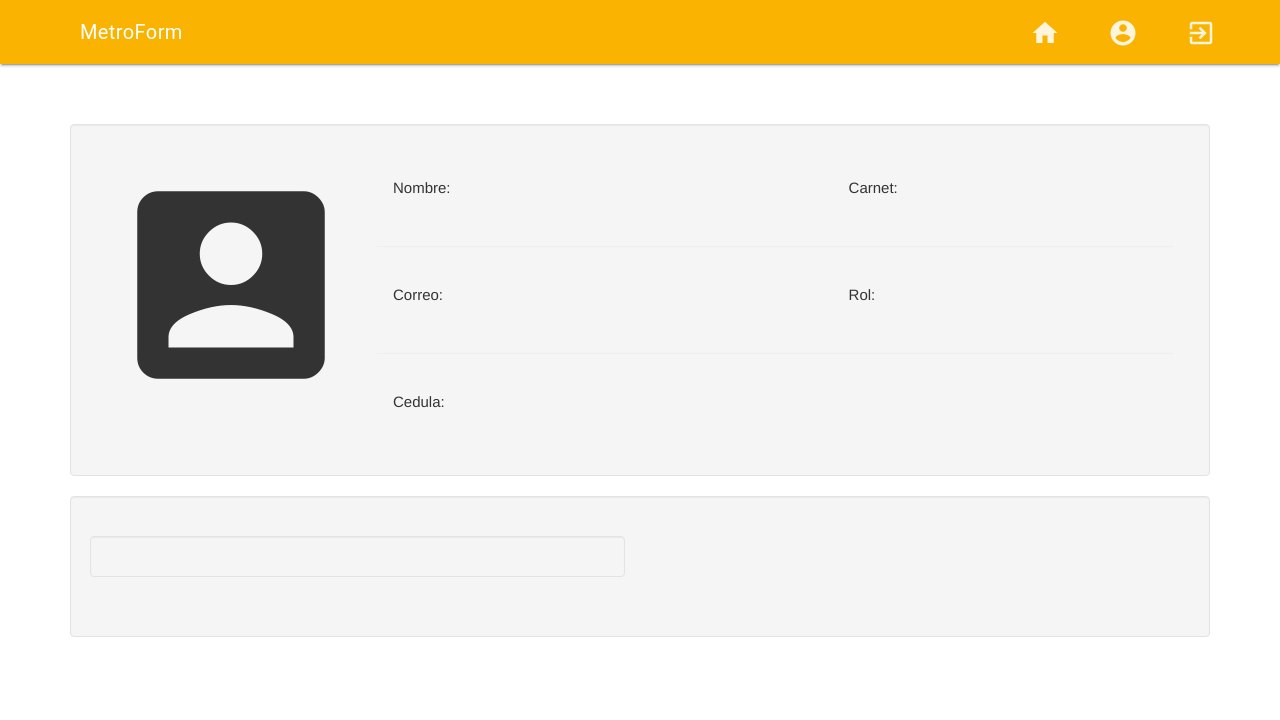
Repository: rodolfofranco/Metroform
Page: Vistas/Usuario.html
The author's editor kept a record of every edit. The page is drawn from the files as they stood at one moment, then again after the next edit.
The browser window is 1280 px wide. The pictures show the whole page.
The page's requests for data from a server got no answer. Some web libraries are served in a nearby version.

Above is the page before.

### Vistas/Usuario.html
<!doctype html>
<html lang="en">
<head>
    <meta charset="UTF-8">
    <title>Usuario</title>
    <link rel="icon" href="https://docs.google.com/drawings/d/1ylcSicomADdqRAxfwIYxs4rZHaAItDxtS83HyI_O_Zs/pub?w=113&h=50">
    <link rel="stylesheet" href="https://fonts.googleapis.com/icon?family=Material+Icons">
    <link rel="stylesheet" href="https://code.getmdl.io/1.3.0/material.indigo-pink.min.css">
        <!-- Latest compiled and minified CSS -->
    <link rel="stylesheet" href="https://maxcdn.bootstrapcdn.com/bootstrap/3.3.7/css/bootstrap.min.css" integrity="sha384-BVYiiSIFeK1dGmJRAkycuHAHRg32OmUcww7on3RYdg4Va+PmSTsz/K68vbdEjh4u" crossorigin="anonymous">

    <!-- Latest compiled and minified JavaScript -->
    <script type = "text/javascript" src = "https://code.jquery.com/jquery-3.1.1.min.js"></script>
    <script src="https://maxcdn.bootstrapcdn.com/bootstrap/3.3.7/js/bootstrap.min.js" integrity="sha384-Tc5IQib027qvyjSMfHjOMaLkfuWVxZxUPnCJA7l2mCWNIpG9mGCD8wGNIcPD7Txa" crossorigin="anonymous"></script>
    <script defer src="https://code.getmdl.io/1.3.0/material.min.js"></script>
    <link rel="stylesheet" href="css/Usuario.css">
</head>
<body>
<!-- Always shows a header, even in smaller screens. -->
<div class="mdl-layout mdl-js-layout mdl-layout--fixed-header">
  <header class="mdl-layout__header" style="background-color: #f9b300">
    <div class="mdl-layout__header-row">
      <!-- Title -->
      <span class="mdl-layout-title">MetroForm</span>
      <!-- Add spacer, to align navigation to the right -->
      <div class="mdl-layout-spacer"></div>
      <!-- Navigation. We hide it in small screens. -->
      <nav class="mdl-navigation mdl-layout--large-screen-only">
      <a class="mdl-navigation__link links" href="/Home">
        <div class=""></div>
        <i class="icon material-icons" id="iconHome" style="text-allign:right ; font-size: 30px">home</i>
        <div class="mdl-tooltip mdl-tooltip--large" for="iconHome">
          Inicio
        </div>
      </a>
      <a class="mdl-navigation__link links" href="/Usuario">
        <i class="icon material-icons" id="iconAccount" style="text-allign:right ; font-size: 30px">account_circle</i>
        <div class="mdl-tooltip mdl-tooltip--large" id="perfil" for="iconAccount">

        </div>
      </a>
      <a class="mdl-navigation__link links" href="/logout">
        <i class="icon material-icons" id="iconLogout" style="text-allign:right ; font-size: 30px">exit_to_app</i>
        <div class="mdl-tooltip mdl-tooltip--large" for="iconLogout">
          Salir
        </div>
      </a>
      </nav>

    </div>
  </header>
  <div class="mdl-layout__drawer">
    <span class="mdl-layout-title">Menu</span>
    <nav class="mdl-navigation" id="menu">
    </nav>
  </div>
   <!-- Acá va el contenido de la vista -->
  <main class="mdl-layout__content">
    <div class="page-content container">
      <br>
      <br>
      <br>
      <div class="well">
        <div class="mdl-grid">

          <div class="mdl-cell mdl-cell--3-col">
            <i class="material-icons resize">account_box</i>
          </div>

          <div class="mdl-cell mdl-cell--9-col">
            <div class="mdl-grid">
              <div class="mdl-cell mdl-cell--1-col">
                <p class="datos-Perfil">Nombre:</p>
              </div>
              <div id="nombre" class="mdl-cell mdl-cell--6-col">
              </div>
              <div class="mdl-cell mdl-cell--1-col">
                <p class="datos-Perfil" id="car">Carnet:</p>
              </div>
              <div id="carnet" class="mdl-cell mdl-cell--4-col">

              </div>
            </div>
            <hr>
            <div class="mdl-grid">
              <div class="mdl-cell mdl-cell--1-col">
                <p class="datos-Perfil">Correo:</p>
              </div>
              <div id="correo" class="mdl-cell mdl-cell--6-col">

              </div>
              <div class="mdl-cell mdl-cell--1-col">
                <p class="datos-Perfil">Rol:</p>
              </div>
              <div id="rol" class="mdl-cell mdl-cell--4-col">

              </div>
            </div>
            <hr>
            <div class="mdl-grid">
              <div class="mdl-cell mdl-cell--1-col">
                <p class="datos-Perfil" id="ced">Cedula:</p>
              </div>
              <div id="cedula" class="mdl-cell mdl-cell--6-col">

              </div>
            </div>
          </div>

        </div>
      </div>
      <div class="well">
        <center>
          <div class="row">
            <div class="col-sm-6" >
              <div id="titulo2">

              </div>
              <table class="mdl-data-table mdl-js-data-table mdl-data-table mdl-shadow--2dp">

                  <thead id="tablaDocente">

                  </thead>

                <tbody id="matDocente">

                </tbody>

              </table>
              <br>
        <div class="well">
        <center>
          <div class="row">
            <div class="col-sm-6" >
              <div id="titulo">

              </div>
              <table class="mdl-data-table mdl-js-data-table mdl-data-table mdl-shadow--2dp">

                  <thead id="tablaUsuario">

                  </thead>

                <tbody id="matUsuario">

                </tbody>

              </table>
            </div>
            <div class="col-sm-6" id="est" style="display:none">
                <div id="titulo2">

                </div>
                <form action="/Usuario" id="retirar" method="POST">
                  <select class="form-control"  name="materia" id="materia">
                    <option selected="selected" disabled>Seleccione la Materia a retirar</option>
                  </select>
                  <br>
                  <br>
                  <br>
                  <div id="enviar">

                  </div>
                </form>

              </div>

            </div>
          </div>

          <br>



        </center>


    </div>
  </main>
</div>
<script type="text/javascript" src="js/usuarioActivo.js"></script>
<script type="text/javascript" src="js/materiaUsuario.js"></script>
</body>
</html>

### css/Usuario.css
.mdl-layout__drawer .mdl-navigation .mdl-navigation__link:hover {
    background-color: #90caf9;
}

.background {
    background-image: url("http://www.unimet.edu.ve/unimetsite/wp-content/themes/unimet/images/bg-unimet.jpg");
    background-repeat: no-repeat;
}

.datos-Perfil{
    font-size: 15px;
}

.perfil{
    font-size: 25px;
}

i.material-icons.resize{
    font-size:250px;
}

### js/usuarioActivo.js
$(document).ready(function() {
    // all custom jQuery will go here

    let urlE = "https://metroform-aleguerrero.c9users.io/usuarioActivo";
    let urlJefes= "https://metroform-aleguerrero.c9users.io/getJefes";
    let urlDocentes = "https://metroform-aleguerrero.c9users.io/getDocentes";


        $.getJSON(urlE,function(data){
            $.getJSON(urlDocentes,function(docente){
                $.getJSON(urlJefes,function(jefe){
                    if(data.scope!="admin"){
                        $('#perfil').append(data.nombre);
                        $('#nombre').append('<p class="perfil">'+data.nombre+'</p>');
                        $('#carnet').append('<p class="perfil">'+data.carnet+'</p>');
                        $('#cedula').append('<p class="perfil">'+data.cedula+'</p>');
                        $('#correo').append('<p class="perfil">'+data.correo+'</p>');
                        $('#rol').append('<p class="perfil">'+data.scope+'</p>');
                    }



                    if(data.scope=="admin"){
                        $('#perfil').append('Admin');
                        $('#nombre').append('<p class="perfil">Admin</p>');
                        $('#car').remove();
                        $('#ced').remove();
                        $('#correo').append('<p class="perfil">admin@admin.com</p>');
                        $('#rol').append('<p class="perfil">Admin</p>');
                    }

                    $('#menu').append('<a class="mdl-navigation__link links" style="text-decoration:none"href="/Home"><i class="material-icons">home</i>    Inicio</a>');
                    if(data.scope=="Estudiante"){
                        $('#menu').append('<a class="mdl-navigation__link links" style="text-decoration:none" href="/EncuestaB">'+
                        '<i class="material-icons">description</i>Encuesta</a>')
                    }
                    if(data.scope=="Estudiante"){
                        $('#menu').append('<a class="mdl-navigation__link links" style="text-decoration:none" href="/Inscripcion">'+
                        '<i class="material-icons">control_point</i>Inscripcion</a>')
                    }
                    if(data.scope=="Profesor"){
                        $('#menu').append('<a class="mdl-navigation__link links" style="text-decoration:none" href="/EncuestaA">'+
                        '<i class="material-icons">description</i>Encuesta</a>')
                    }
                    if(data.scope=="Profesor"){
                        $('#menu').append('<a class="mdl-navigation__link links" style="text-decoration: none" href="/Reporte"><i class="material-icons">info_outline</i>    Reporte</a>')
                    }
                    $('#menu').append('<a class="mdl-navigation__link links" style="text-decoration:none"href="/Docentes"><i class="material-icons">list</i>   Secciones</a>');
                    $('#menu').append('<a class="mdl-navigation__link links" style="text-decoration:none" href="/Usuario">'+
                    '<i class="icon material-icons" id="iconAccount" style="text-allign:right; font-size: 30px">account_circle</i>Perfil</a>');
                    if(data.scope=="admin"){
                        $('#menu').append('<a class="mdl-navigation__link links" style="text-decoration: none" href="/Modificaciones"><i class="material-icons">info_outline</i>    Modificaciones</a>')
                    }
                    $('#menu').append('<a class="mdl-navigation__link links" style="text-decoration:none"href="/logout"><i class="material-icons">exit_to_app</i>    Salir</a>');

                    //BOTONES DE INICIO

                    if(data.scope=="Estudiante"){
                        $('#menu2').append('<a href="/EncuestaB" class="col-sm-3"  style="text-decoration:none">'+
                                                '<div class="bot2" style="text-decoration:none">REALIZA LA ENCUESTA!</div>'+
                                            '</a>'+
                                          '<a href="/Inscripcion" class="col-sm-3" style="text-decoration:none">'+
                                                '<div class="bot2" style="text-decoration:none">INSCRIBE TUS MATERIAS!</div>'+
                                          '</a>'+
                                          '<a href="/Docentes" class="col-sm-3" style="text-decoration:none">'+
                                                '<div class="bot2" style="text-decoration:none">MIRA LAS SECCIONES!</div>'+
                                          '</a>'+
                                          '<a href="/Usuario" class="col-sm-3" style="text-decoration:none">'+
                                                '<div class="bot2" style="text-decoration:none">RETIRA LAS MATERIAS!</div>'+
                                          '</a>');

                    }
                    if(data.scope=="Profesor"){
                        $('#menu2').append('<a href="/EncuestaA" class="col-sm-4"  style="text-decoration:none">'+
                                                '<div class="bot" style="text-decoration:none">REALIZAR LA ENCUESTA!</div>'+
                                            '</a>'+
                                          '<a href="/Reporte" class="col-sm-4" style="text-decoration:none">'+
                                                '<div class="bot" style="text-decoration:none">PIDE TU REPORTE!</div>'+
                                          '</a>'+
                                          '<a href="/Docentes" class="col-sm-4" style="text-decoration:none">'+
                                                '<div class="bot" style="text-decoration:none">MIRA LAS SECCIONES!</div>'+
                                          '</a>');

                    }




                });
            });
        });

});

Loaded but not shown: js/materiaUsuario.js (352 lines, source omitted)

After the next edit:
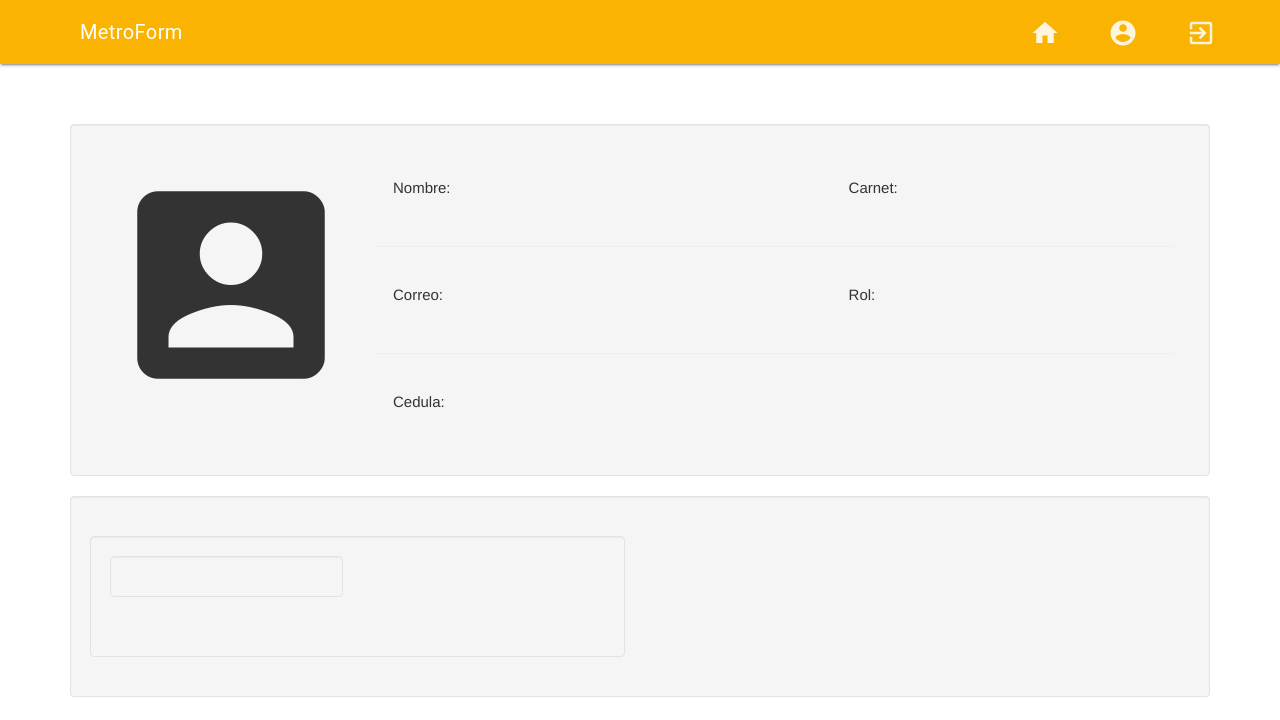
The edit:
--- a/Vistas/Usuario.html
+++ b/Vistas/Usuario.html
@@ -146,6 +146,25 @@
                 </tbody>
 
               </table>
+
+              <div class="well">
+        <center>
+          <div class="row">
+            <div class="col-sm-6" >
+              <div id="titulo3">
+
+              </div>
+              <table class="mdl-data-table mdl-js-data-table mdl-data-table mdl-shadow--2dp">
+
+                  <thead id="tablaJefe">
+
+                  </thead>
+
+                <tbody id="matJefe">
+
+                </tbody>
+
+              </table>
             </div>
             <div class="col-sm-6" id="est" style="display:none">
                 <div id="titulo2">
